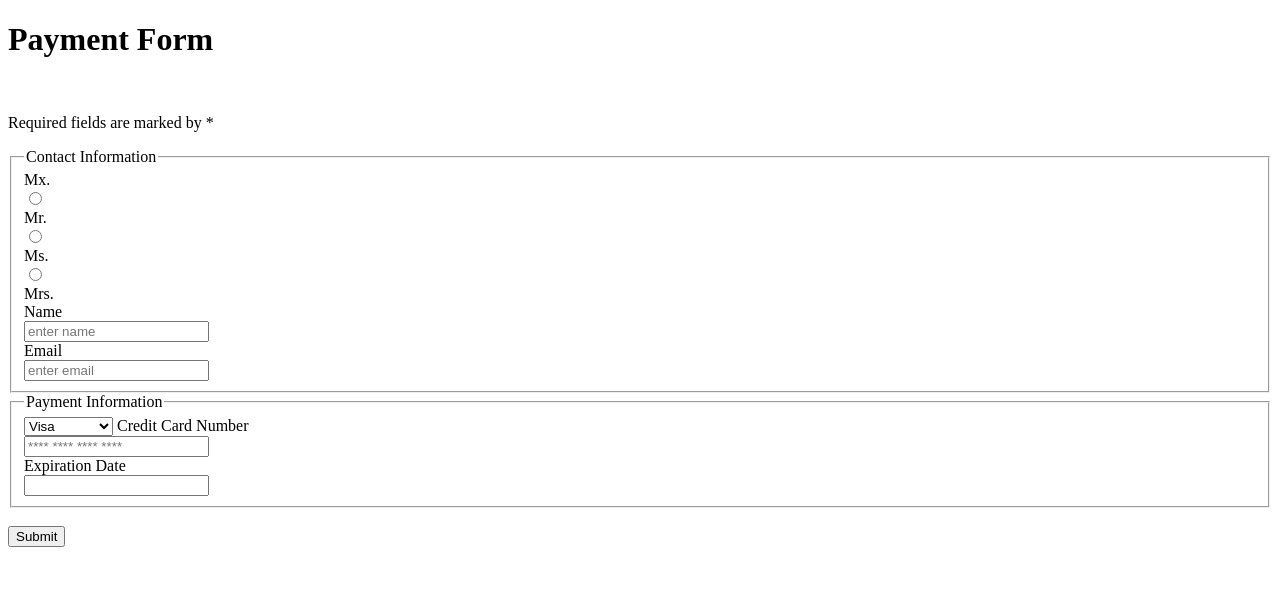
Repository: 10-2-pursuit/lab-intro-to-forms
Page: index.html
The author's editor kept a copy of each file at every save. The page is drawn from the files as they stood at one save, then again after a run of saves.
The browser window is 1280 px wide. The pictures show the whole page.

Above is the page before, as saved 2023-06-13 21:47:16.

### index.html
<!DOCTYPE html>
<html lang="en">
<head>
    <meta charset="UTF-8">
    <meta name="viewport" content="width=device-width, initial-scale=1.0">
    <title>Payment Form</title>
</head>
<body>
    <h1>Payment Form</h1>
    <br>
    <p>Required fields are marked by *</p>
    <form action="#" method="post">
        <fieldset>
            <legend>Contact Information</legend>
           <label for="Mx.">Mx.</label>
           <br>
           <input type="radio" name="prefix" id="prefixMx." >
           <br>
           <label for="Mr.">Mr.</label>
           <br>
           <input type="radio" name="prefix" id="prefixMr.">
           <br>
           <label for="Ms.">Ms.</label>
           <br>
           <input type="radio" name="prefix" id="prefixMs." >
           <br>
           <label for="Mrs.">Mrs.</label>
            <br>
           <label for="name">Name</label>
           <br>
           <input type="text" name="name" id="Name" placeholder="enter name" required>
           <br>
           <label for="email">Email</label>
           <br>
           <input type="email" name="email" id="Email" placeholder="enter email" required>
           </fieldset>
           <fieldset>
            <legend>Payment Information</legend>
        <select id="coder-confidence" name="coder-confidence">
            <option value="1">Visa</option>
            <option value="2">Mastercard</option>
            <option value="3">Amex</option>
        </select>
            <label for="credit-card-number">Credit Card Number</label>
            <br>
            <input type="number"  id="number" placeholder="**** **** **** ****" required>
            <br>
            <label for="expiration-date">Expiration Date</label>
            <br>
            <input type="number" id="number">
        </fieldset>
            <br>
        <input type="submit">


    </form>


</body>
</html>

After the next 5 saves:
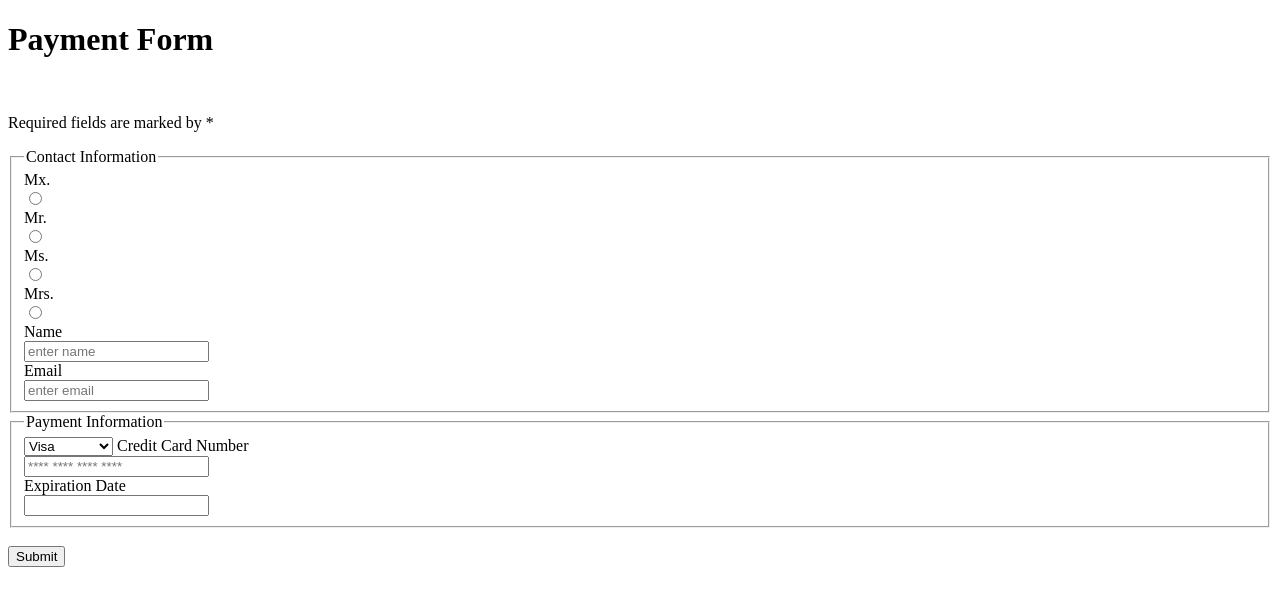
The 5 saves are shown as one change because they came seconds apart.
The last was saved 12 s later.
--- a/index.html
+++ b/index.html
@@ -25,6 +25,8 @@
            <input type="radio" name="prefix" id="prefixMs." >
            <br>
            <label for="Mrs.">Mrs.</label>
+            <br>
+            <input type="radio" name="prefix" id="prefixMrs.">
             <br>
            <label for="name">Name</label>
            <br>
